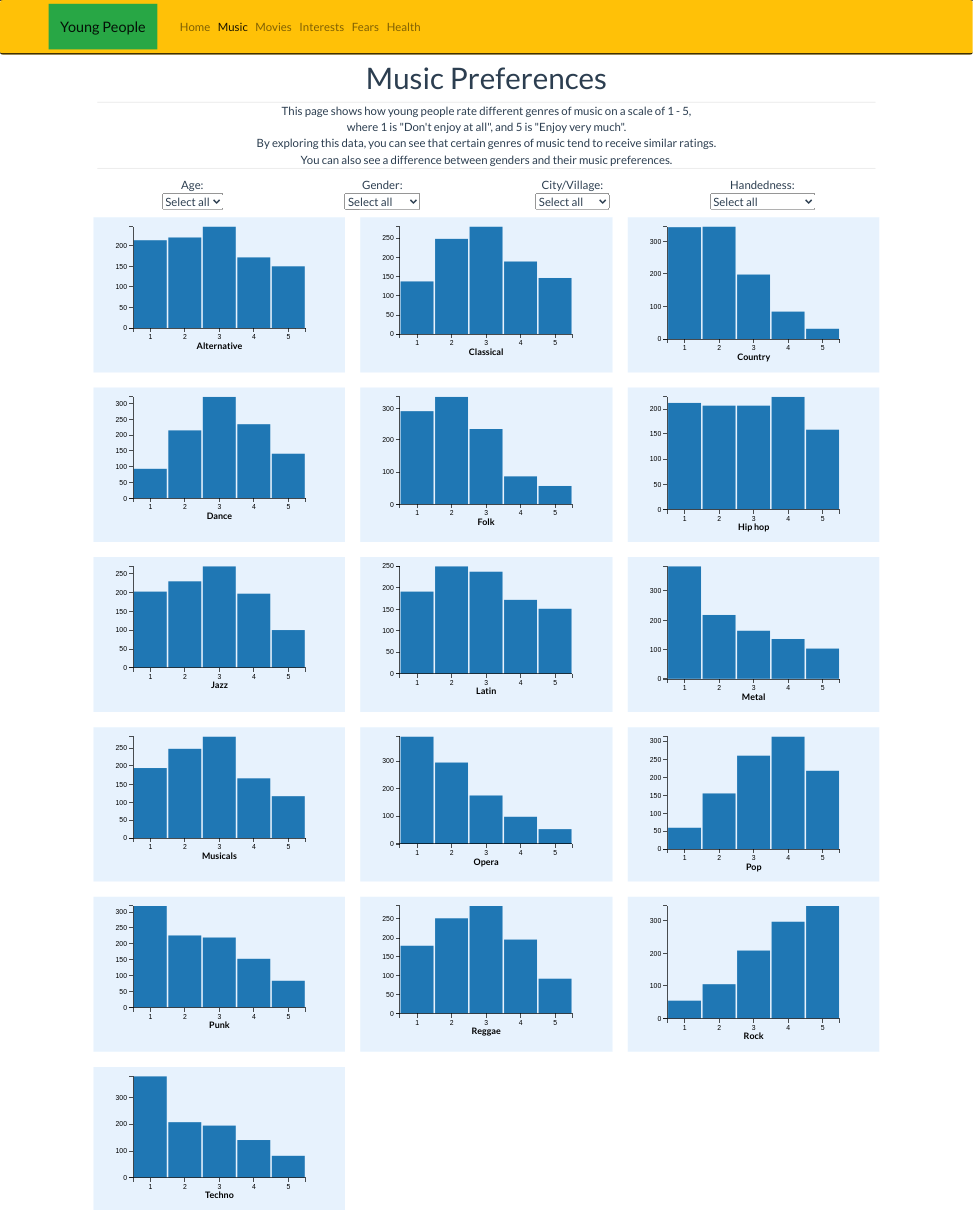
Repository: BrendanMolloy/milestone2
Page: music.html
The author's editor kept a record of every edit. The page is drawn from the files as they stood at one moment, then again after the next edit.
The browser window is 1280 px wide. The pictures show the whole page, at 76% of full size.
Some web libraries are served in a nearby version.

Above is the page before.

After the next edit:
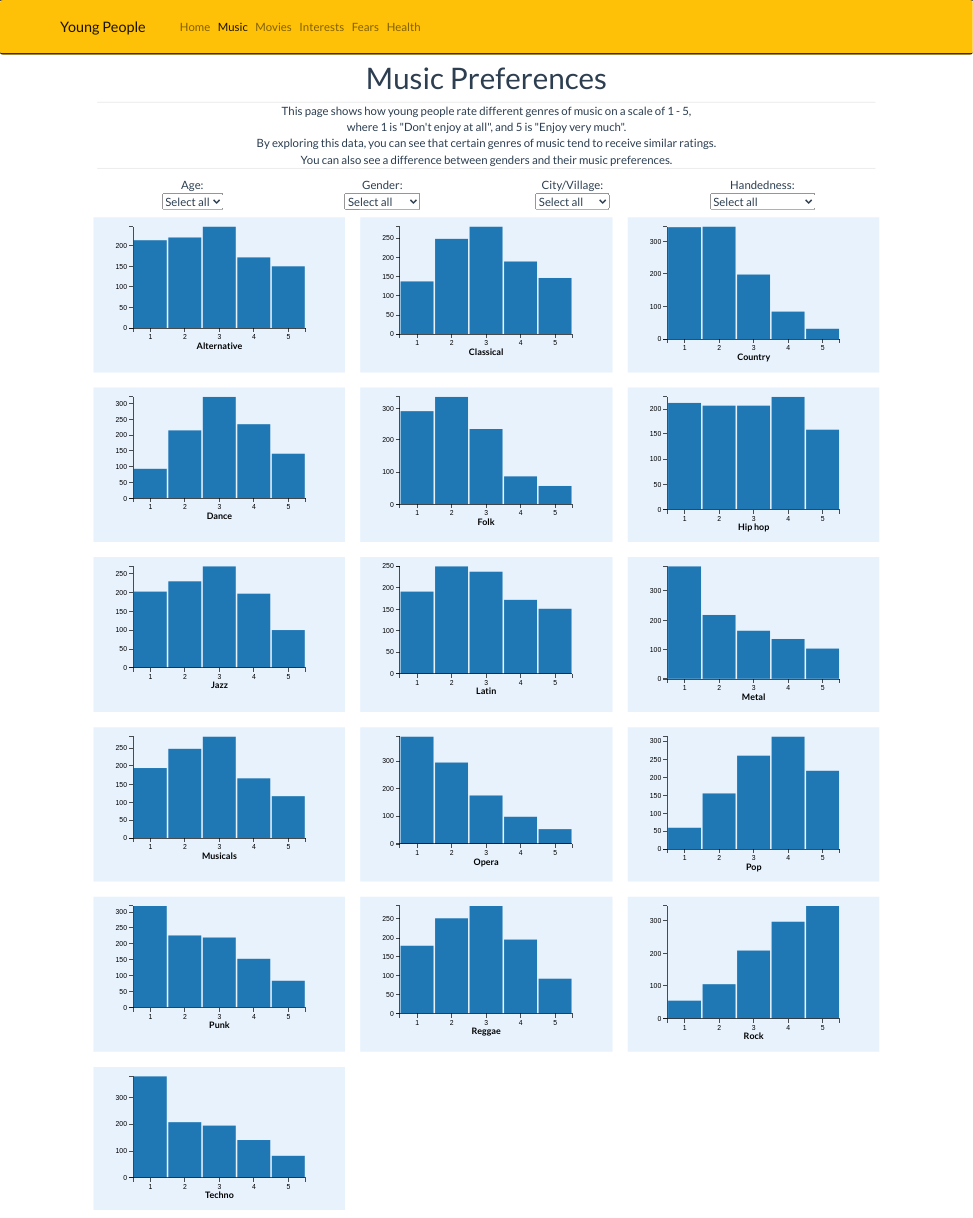
The edit:
--- a/music.html
+++ b/music.html
@@ -25,7 +25,7 @@
 
   <div class="navbar-container">
     <nav class="navbar navbar-expand-md navbar-expand-lg navbar-light bg-warning">
-      <a class="navbar-brand bg-success" href="index.html">Young People</a>
+      <a class="navbar-brand" href="index.html">Young People</a>
       <button class="navbar-toggler" type="button" data-toggle="collapse" data-target="#navbarNav" aria-controls="navbarNav" aria-expanded="false" aria-label="Toggle navigation">
     <span class="navbar-toggler-icon"></span>
   </button>
